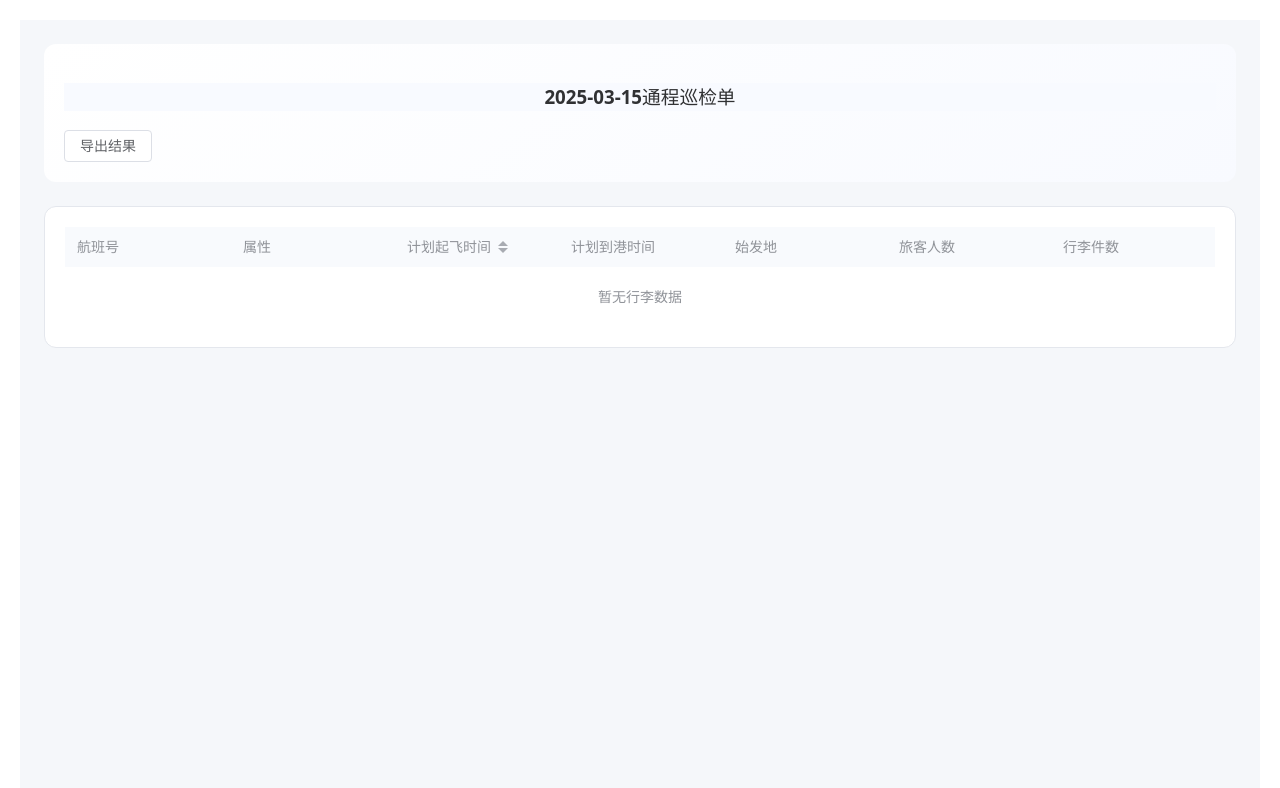
Repository: jhonMacTavish/through-baggage-info-check
Page: / (app in web/)
An editor plug-in stored every save of this project. The page is shown before and after the next save, followed by the edit.
The browser window is 1280 px wide. The pictures show the whole page.
The page's requests for data from a server got no answer. The project was rebuilt for these pictures with package versions that can differ from the ones it lists, and the page was loaded fresh each time. No one was signed in, and anything a server would have sent is missing. Also part of the build but not shown: web/vite.config.js, web/src/components/Header.vue.

Above is the page before, as saved 2025-03-27 14:49:02.

After the next save:
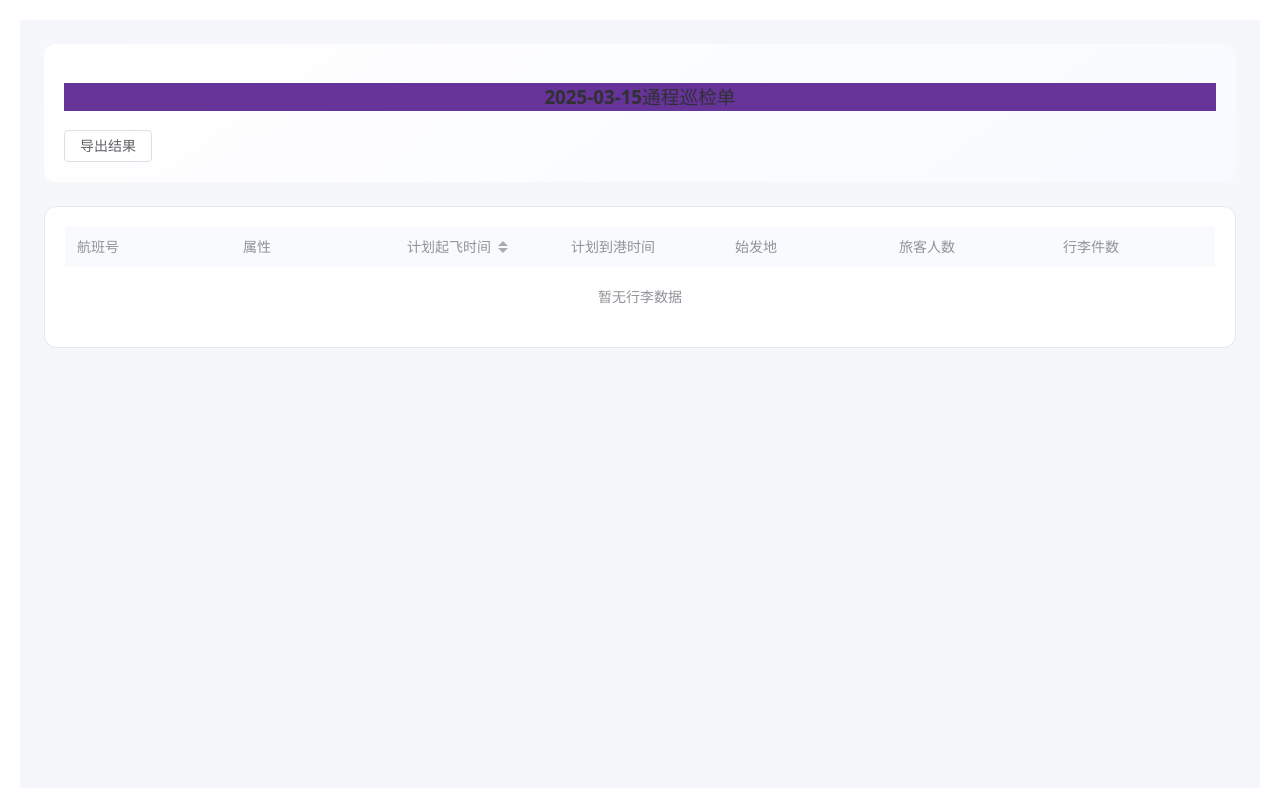
Saved 4 s later.
--- a/web/src/App.vue
+++ b/web/src/App.vue
@@ -98,7 +98,7 @@ onMounted(() => {
     .hader-title{
       position: relative;
       text-align: center;
-      background-color: #f8faff;
+      background-color: rebeccapurple;
 
       .btn-seal{
         position: absolute;
